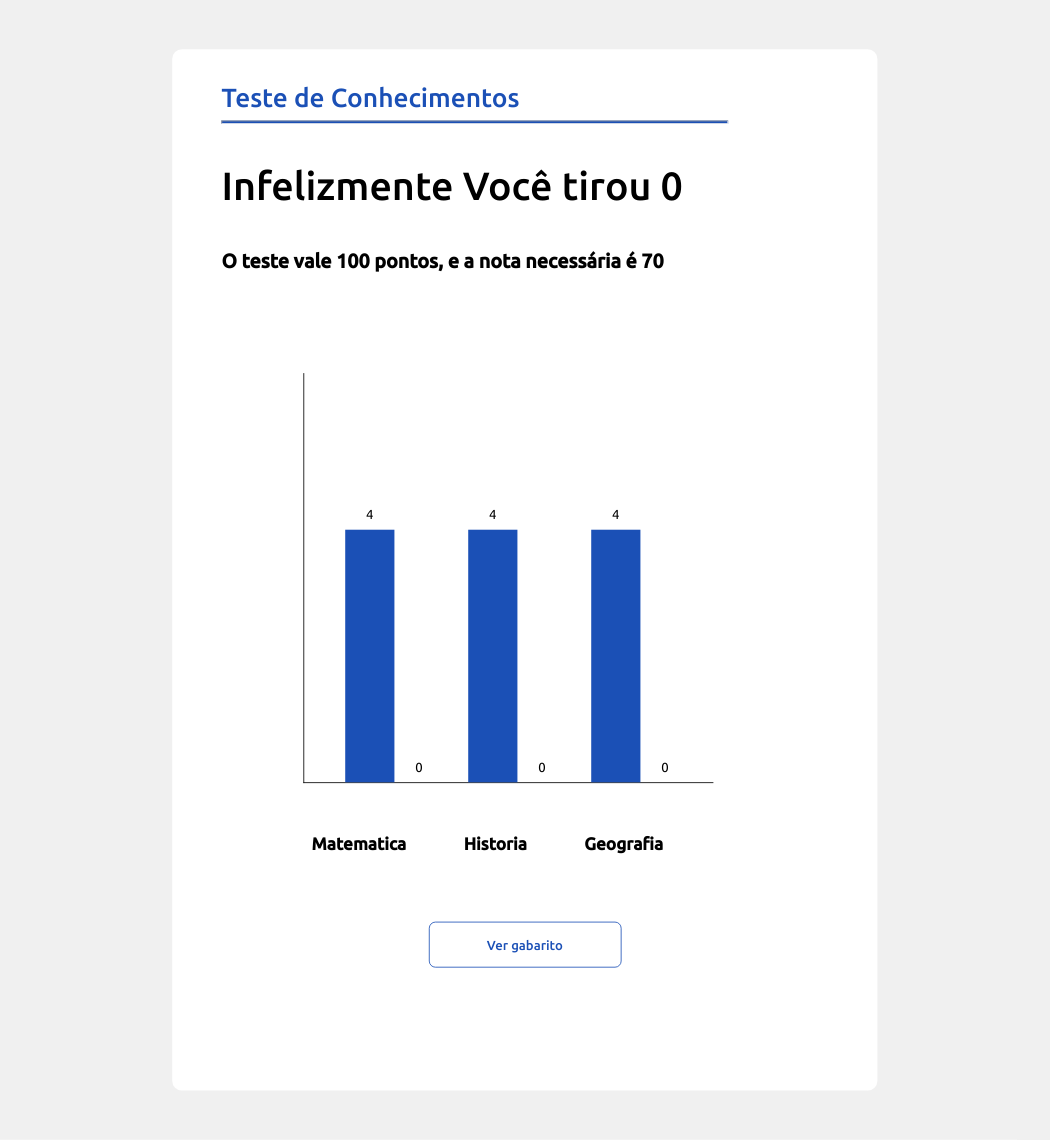
Repository: Delei09/desafioPerguntas
Page: /resultado (app in frontend/)
An editor plug-in stored every save of this project. The page is shown before and after the next save, followed by the edit.
The browser window is 1280 px wide. The pictures show the whole page, at 82% of full size.
The project was rebuilt for these pictures with package versions that can differ from the ones it lists, and the page was loaded fresh each time. A package was used in the major version that the imports need, not the one package.json lists. Also part of the build but not shown: frontend/src/styles/home.scss, frontend/src/page/Home.tsx, frontend/src/styles/gabarito.scss, frontend/src/page/Gabarito.tsx.

Above is the page before, as saved 2021-08-19 16:19:54.

After the next save:
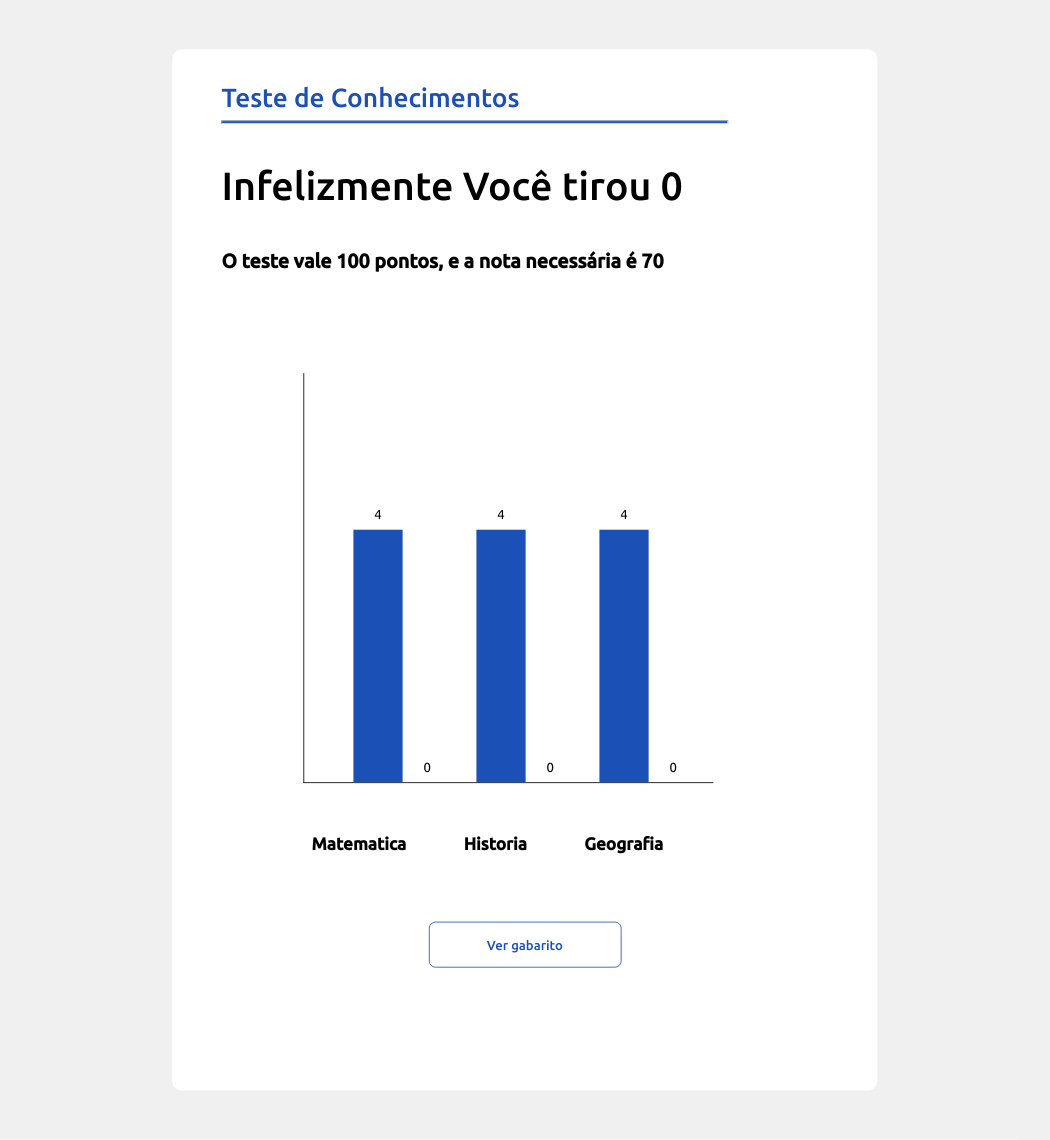
Saved 43 s later.
--- a/frontend/src/styles/resultado.scss
+++ b/frontend/src/styles/resultado.scss
@@ -12,7 +12,7 @@
  margin-left: 100px;
  display: flex;
  gap: 30px;
- padding:0px  50px;
+ padding:0px  60px;
   div{
     display: flex;
     align-items: flex-end;

After the save that followed:
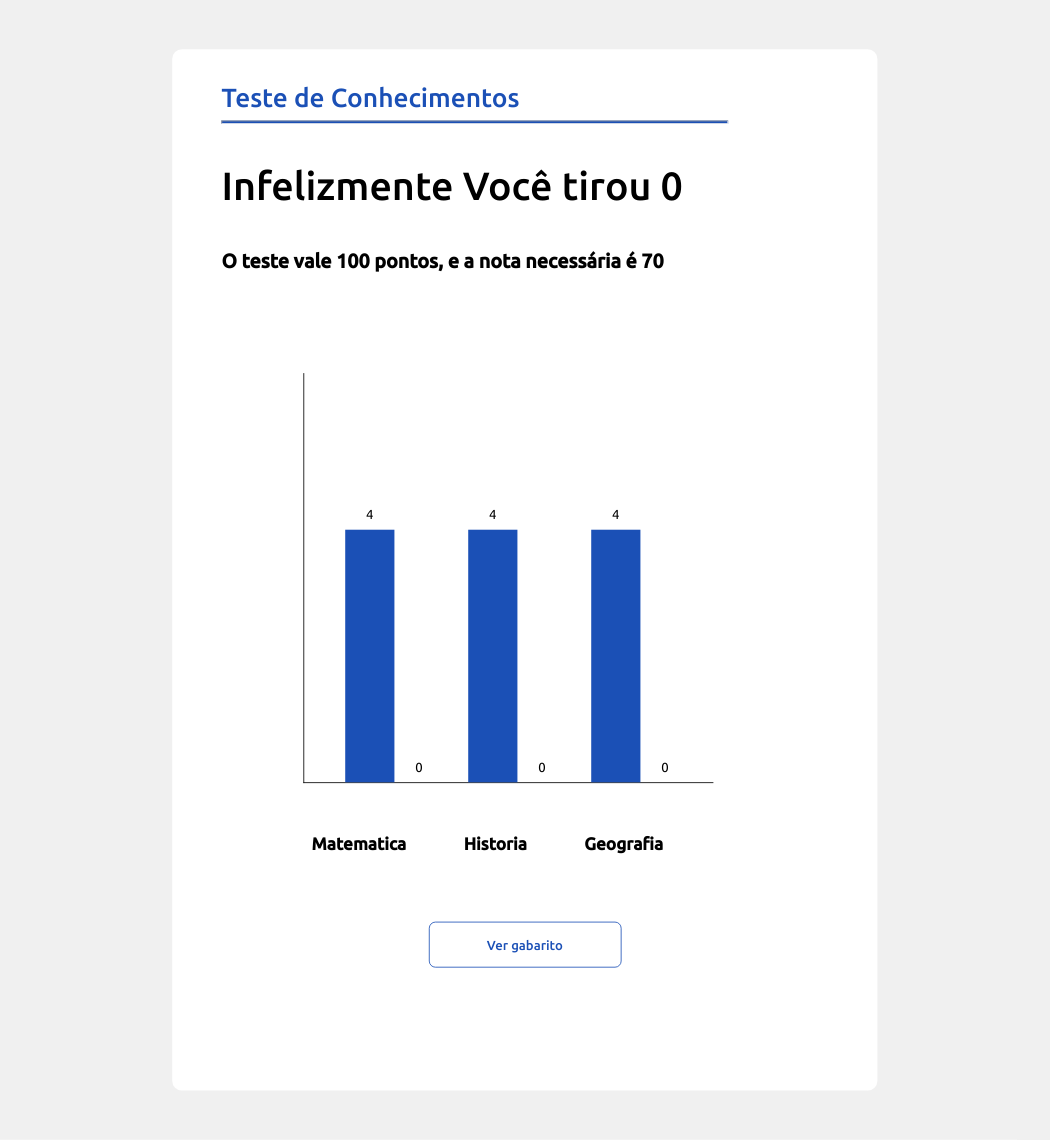
Saved 5 s later.
--- a/frontend/src/styles/resultado.scss
+++ b/frontend/src/styles/resultado.scss
@@ -12,7 +12,7 @@
  margin-left: 100px;
  display: flex;
  gap: 30px;
- padding:0px  60px;
+ padding:0px  50px;
   div{
     display: flex;
     align-items: flex-end;
